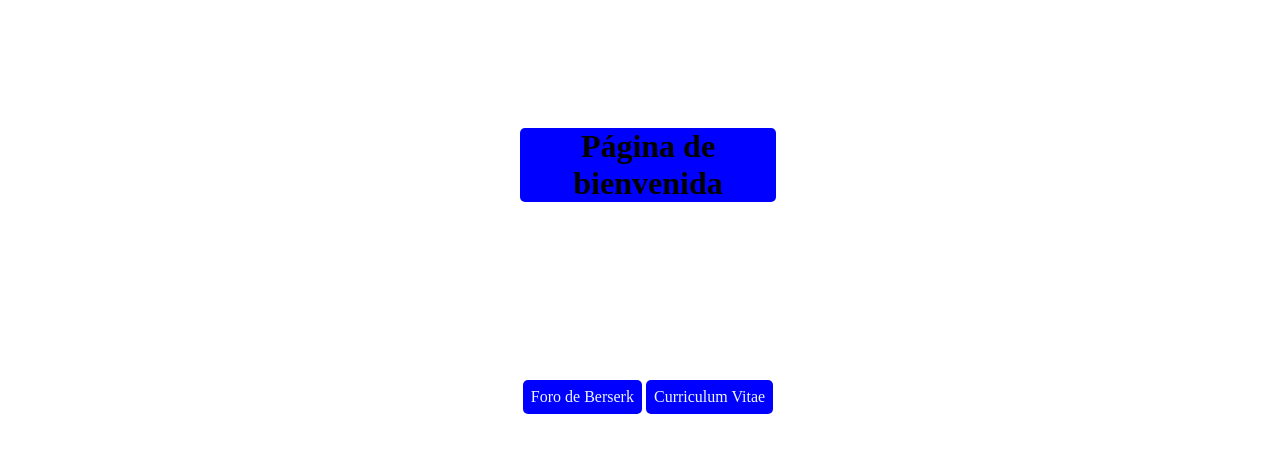
Repository: MateoSantander/Ejercicios4y5
Page: http://localhost/Ejercicio_4/
These files come from the project's save history. The page is drawn as it stood at one moment and after the next save; the edit follows.
The browser window is 1280 px wide. The page is 1288 px wide, so the pictures cover 1288 px, including what lies to the right of the window. The pictures show the whole page.
The page is served by Tomcat 9.

Above is the page before, as saved 2022-03-18 14:51:18.
Not found: Ejercicio_4/Ejercicio_4/css/img/stars.jpg

After the next save:
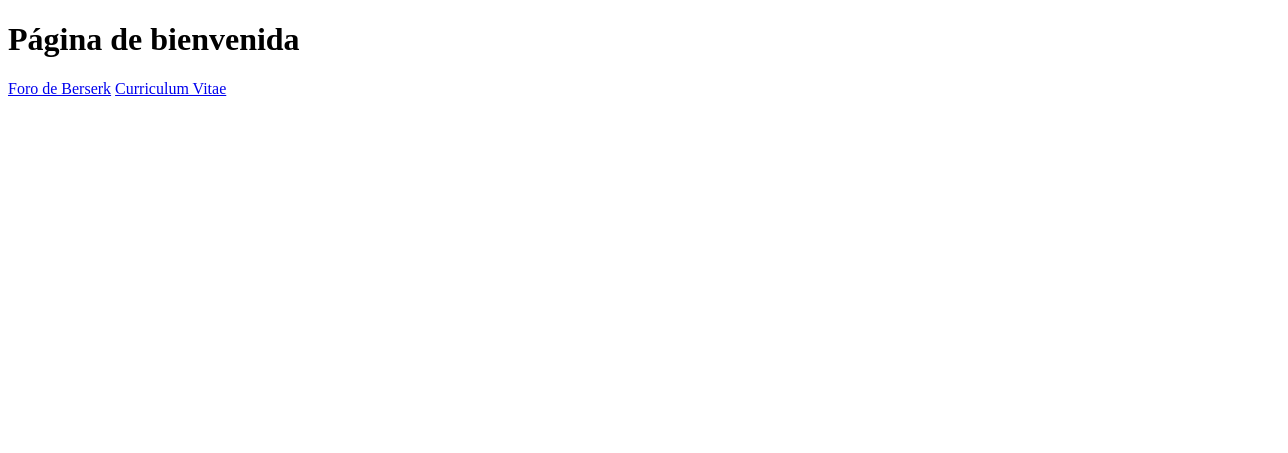
Saved 49 s later.
--- a/Ejercicio_4/src/main/webapp/css/index.css
+++ b/Ejercicio_4/src/main/webapp/css/index.css
@@ -4,27 +4,3 @@ body{
 	width: 100%;
     background-image: url(img/stars.jpg);
 }
-
-header>h1{
-        color:rgb(rgb(255, 255, 255), green, blue);
-        text-align:center;
-        border-radius: 5px;
-        background-color:blue;
-  }
-
-header,nav{
-	text-align:center;
-	margin-left: 40%;
-    margin-right: 40%;
-    margin-top: 10%;
-}
-
-nav>a{
-    margin-top: 50px;
-    border-radius: 5px;
-    padding: 8px;
-    background-color:blue;
-    display: inline-block;
-    text-decoration: none;
-    color: aliceblue;
-}

After the save that followed:
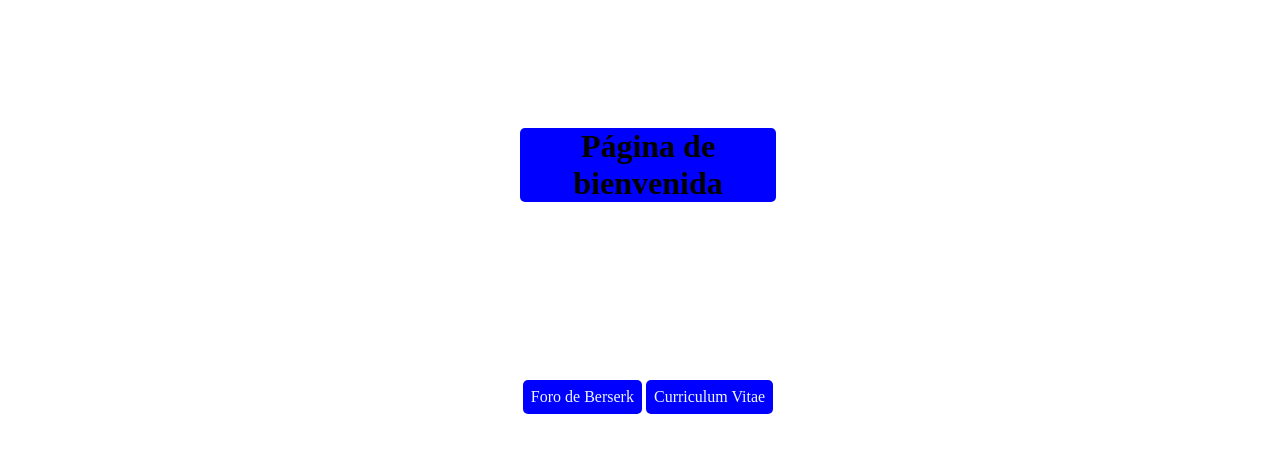
Not found: Ejercicio_4/Ejercicio_4/css/stars.jpg
Saved 40 s later.
--- a/Ejercicio_4/src/main/webapp/css/index.css
+++ b/Ejercicio_4/src/main/webapp/css/index.css
@@ -2,5 +2,29 @@
 
 body{
 	width: 100%;
-    background-image: url(img/stars.jpg);
+    background-image: url(stars.jpg);
 }
+
+header>h1{
+        color:rgb(rgb(255, 255, 255), green, blue);
+        text-align:center;
+        border-radius: 5px;
+        background-color:blue;
+  }
+
+header,nav{
+	text-align:center;
+	margin-left: 40%;
+    margin-right: 40%;
+    margin-top: 10%;
+}
+
+nav>a{
+    margin-top: 50px;
+    border-radius: 5px;
+    padding: 8px;
+    background-color:blue;
+    display: inline-block;
+    text-decoration: none;
+    color: aliceblue;
+}
